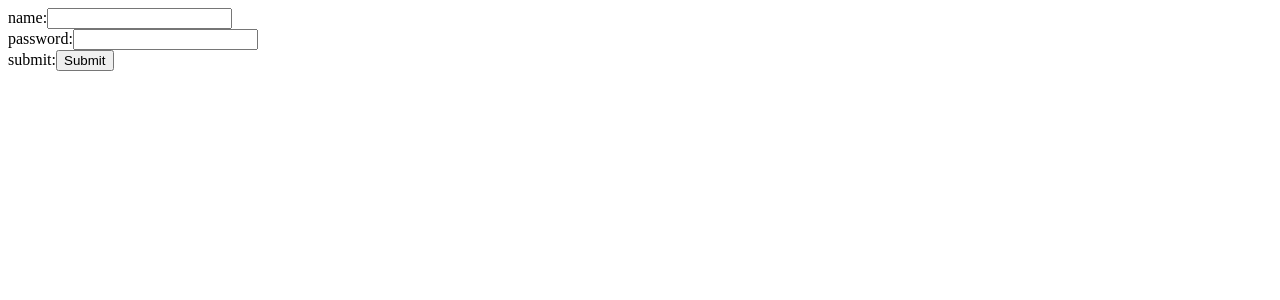
Repository: Ranjithamshivamatta/Java
Page: LoginValidation/WebContent/login.html
The author's editor kept a copy of each file at every save. The page is drawn from the files as they stood at one save, then again after the next save.
The browser window is 1280 px wide. The pictures show the whole page.

Above is the page before, as saved 2019-04-23 04:11:03.

### LoginValidation/WebContent/login.html
<!DOCTYPE html>
<html>
<head>
<meta charset="UTF-8">
<title>Welcome to login page</title>
</head>
<body>
name:<input type  = "text" name ="name" /><br>
password:<input type ="password" name ="password" /><br>
submit:<input type="submit" value="Submit" />
</body>
</html>

After the next save:
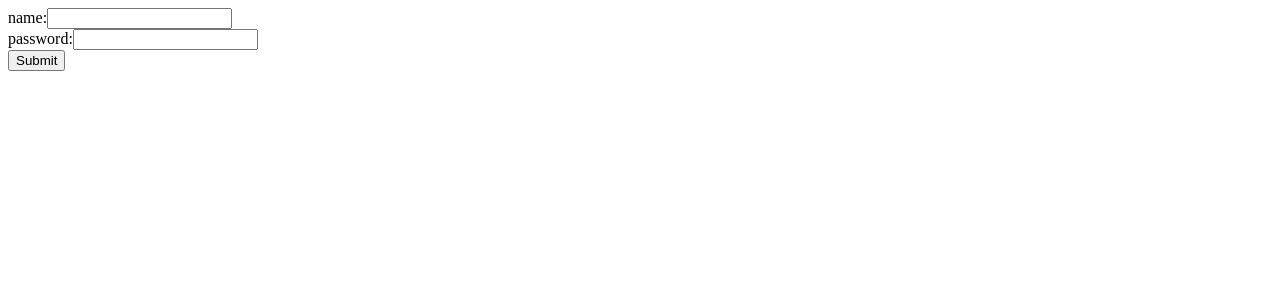
Saved 12 min 59 s later.
--- a/LoginValidation/WebContent/login.html
+++ b/LoginValidation/WebContent/login.html
@@ -7,6 +7,6 @@
 <body>
 name:<input type  = "text" name ="name" /><br>
 password:<input type ="password" name ="password" /><br>
-submit:<input type="submit" value="Submit" />
+<input type="submit" value="Submit" />
 </body>
 </html>

After the save that followed:
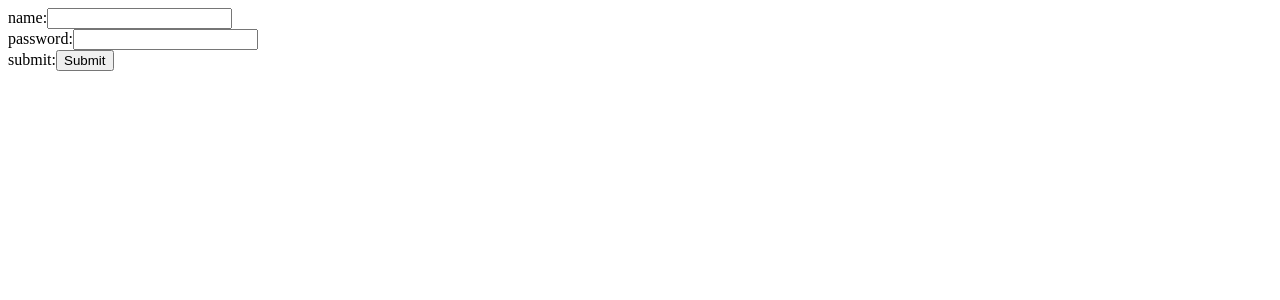
Saved 17 s later.
--- a/LoginValidation/WebContent/login.html
+++ b/LoginValidation/WebContent/login.html
@@ -7,6 +7,6 @@
 <body>
 name:<input type  = "text" name ="name" /><br>
 password:<input type ="password" name ="password" /><br>
-<input type="submit" value="Submit" />
+submit:<input type="submit" value="Submit" />
 </body>
 </html>
